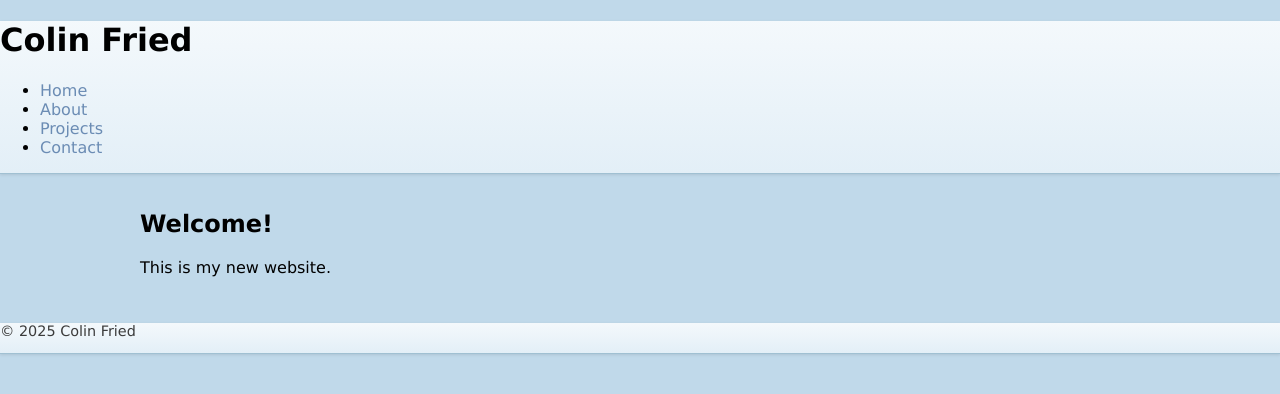
Repository: colinfdsaui/colin
Page: website.html
An editor plug-in stored every save of this project. The page is shown before and after a run of saves, followed by the edit.
The browser window is 1280 px wide. The pictures show the whole page.

Above is the page before, as saved 2025-07-08 12:13:28.

### website.html
<!DOCTYPE html>
<html lang="en">
<link rel="stylesheet" href="styles.css">

<head>
    <meta charset="UTF-8"/>
    <meta name="viewport" content="width=device-width, initial-scale=1.0"/>
    <title>My Website</title>
    <link rel="stylesheet" href="styles.css"/>
</head>
<body>

<!-- Header / Nav -->
<header>
    <h1>Colin Fried</h1>
    <nav>
        <ul class="nav-links">
            <li><a class="active" href="website.html">Home</a></li>
            <li><a href="about.html">About</a></li>
            <li><a href="projects.html">Projects</a></li>
            <li><a href="test.html">Contact</a></li>
        </ul>
    </nav>
</header>

<!-- Main Content-->
<main>
    <section id="hero">
        <h2>Welcome!</h2>
        <p>This is my new website.</p>
    </section>
</main>

<!-- Footer -->
<footer>
    <p> © 2025 Colin Fried</p>
</footer>

<body>
</html>

### styles.css
/* ====================
   Global & layout
   ==================== */

/* 1) Define your palette once, at the top of your main stylesheet */
:root {
  /* ─── Aqua Palette ───────────────────────────────────────────────────────── */
  /* Light backgrounds */
  --aqua-bg-primary:      #c0d9ea; /* window background */
  --aqua-bg-secondary:    #e3eff7; /* sidebar / panels */
  --aqua-bg-highlight:    #fffffd; /* key UI surfaces */

  /* Accent blues */
  --aqua-accent:          #8db9e3; /* buttons, active tabs */
  --aqua-accent-dark:     #6b8cb4; /* hover, active state */

  /* Text */
  --aqua-text-primary:    #000000; /* body text */
  --aqua-text-secondary:  #3b3b3b; /* captions, secondary labels */
  --aqua-text-inverse:    #ffffff; /* on blue buttons, etc */

  /* Borders / dividers */
  --aqua-border:          #a0c0d2;

  /* Shadows (optional) */
  --aqua-shadow:          rgba(0, 0, 0, 0.1);
}

/* Base page styles */
body {
  margin:            0;
  padding:           0;
  font-family:       "Lucida Grande", -apple-system, BlinkMacSystemFont, sans-serif;
  background-color:  var(--aqua-bg-primary);
  color:             var(--aqua-text-primary);
}

/* Header & Footer with fallback + gradient + borders + shadow */
header,
footer {
  /* solid‑color fallback */
  background-color: var(--aqua-bg-secondary);

  /* gradient layered on top */
  background-image: linear-gradient(
    to bottom,
    rgba(255,255,255,0.6),
    var(--aqua-bg-secondary)
  );

  background-repeat: no-repeat;
  background-size:   cover;

  border-bottom:     1px solid var(--aqua-border);
  box-shadow:        0 1px 3px var(--aqua-shadow);
}

main {
  padding:    1rem;
  max-width:  1000px;
  margin:     auto;
}

footer {
  font-size: 0.9rem;
  color:     var(--aqua-text-secondary);
}

/* ====================
   Typography & Links
   ==================== */
a {
  color:           var(--aqua-accent-dark);
  text-decoration: none;
}

a:hover {
  text-decoration: underline;
}

/* ====================
   Buttons & Panels
   ==================== */
button {
  background-color: var(--aqua-accent);
  color:            var(--aqua-text-inverse);
  border:           1px solid var(--aqua-accent-dark);
  border-radius:    4px;
  padding:          0.5em 1em;
  cursor:           pointer;
  box-shadow:       0 1px 2px var(--aqua-shadow);
  font-family:      inherit;
  transition:       background-color 0.2s ease;
}

button:hover {
  background-color: var(--aqua-accent-dark);
}

.panel {
  background-color: var(--aqua-bg-highlight);
  border:           1px solid var(--aqua-border);
  padding:          1em;
  border-radius:    6px;
}

/* ====================
   Clickable Images (cursor stays arrow)
   ==================== */
img.clickable {
  cursor:     default; /* arrow only */
  transition:
    transform 0.15s ease-out,
    filter    0.15s ease-out;
}

img.clickable:hover {
  transform: scale(1.05);
  filter:
    drop-shadow(0 4px 8px rgba(0,0,0,0.2))
    brightness(1.05);
}

/* ====================
   Flipbook container
   ==================== */
#flipbook,
#flipbook-wrapper {
  width:       800px;
  height:      600px;
  margin:      2rem auto;
  overflow:    hidden;
  background:  var(--aqua-bg-highlight);
  border:      1px solid var(--aqua-border);
  box-shadow:  0 2px 4px var(--aqua-shadow);
}

/* Two‑page layout */
#flipbook .page {
  width:         50%;
  height:        100%;
  float:         left;
  overflow:      hidden;
  background:    var(--aqua-bg-highlight);
  border-right:  1px solid var(--aqua-border);
}

#flipbook .page:last-child {
  border-right: none;
}

/* Single‑page hack */
#flipbook.single-page .page:nth-child(1) {
  display:      block;
  margin:       0 auto;
  width:        50%;
}
#flipbook.single-page .page:nth-child(2) {
  display: none;
}

/* Page images */
#flipbook .page img {
  width:       100%;
  height:      100%;
  object-fit:  contain;
  transition:  transform 0.3s ease;
}

/* Zoomed page image */
#flipbook .page img.zoomed {
  transform: scale(2);
  cursor:    zoom-out;
}

/* Mask (page‑1 illusion) */
#mask {
  position:          absolute;
  inset:             0;
  pointer-events:    none;
  background-image:  linear-gradient(
    to right,
    var(--aqua-bg-highlight) 0%,
    rgba(255,255,255,0)      40%,
    rgba(255,255,255,0)      60%,
    var(--aqua-bg-highlight) 100%
  );
  display:           none;
}

/* Full‑screen zoom modal */
#zoom-modal {
  display:          none;
  position:         fixed;
  inset:            0;
  background:       rgba(0, 0, 0, 0.8);
  z-index:          9999;
  align-items:      center;
  justify-content:  center;
  overflow:         auto;
}

#zoom-modal img {
  width:       150%;
  height:      150%;
  transform:   translate(-15%);
  object-fit:  contain;
}

After the next 3 saves:
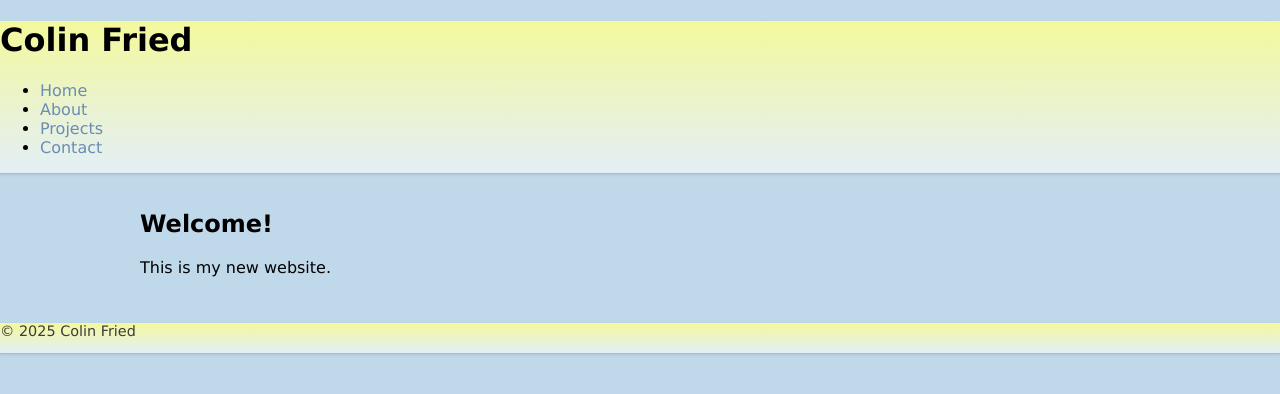
The 3 saves are shown as one change because they came seconds apart.
The last was saved 9 s later.
--- a/styles.css
+++ b/styles.css
@@ -44,7 +44,7 @@
   /* gradient layered on top */
   background-image: linear-gradient(
     to bottom,
-    rgba(255,255,255,0.6),
+    rgba(255,255,95,0.6),
     var(--aqua-bg-secondary)
   );
 

After the save that followed:
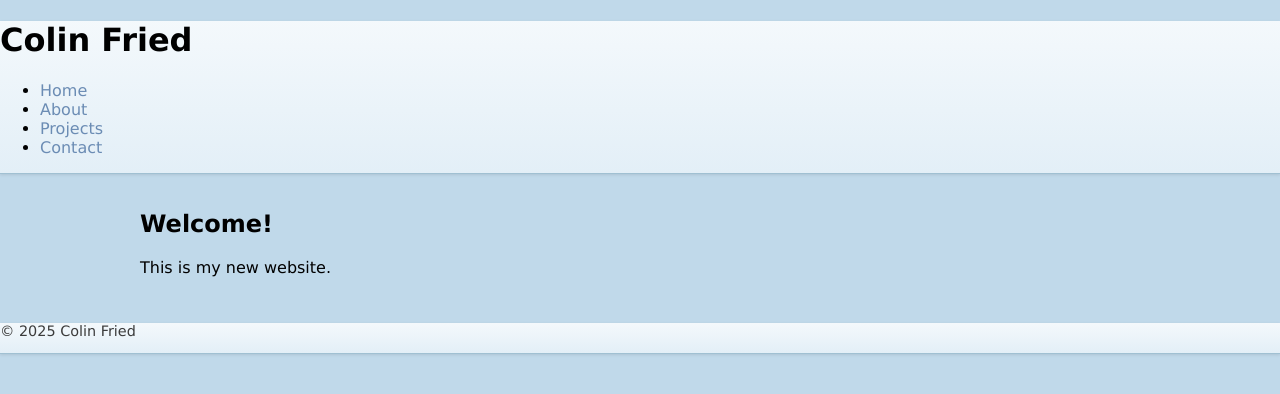
Saved 4 s later.
--- a/styles.css
+++ b/styles.css
@@ -44,7 +44,7 @@
   /* gradient layered on top */
   background-image: linear-gradient(
     to bottom,
-    rgba(255,255,95,0.6),
+    rgba(255,255,955,0.6),
     var(--aqua-bg-secondary)
   );
 
